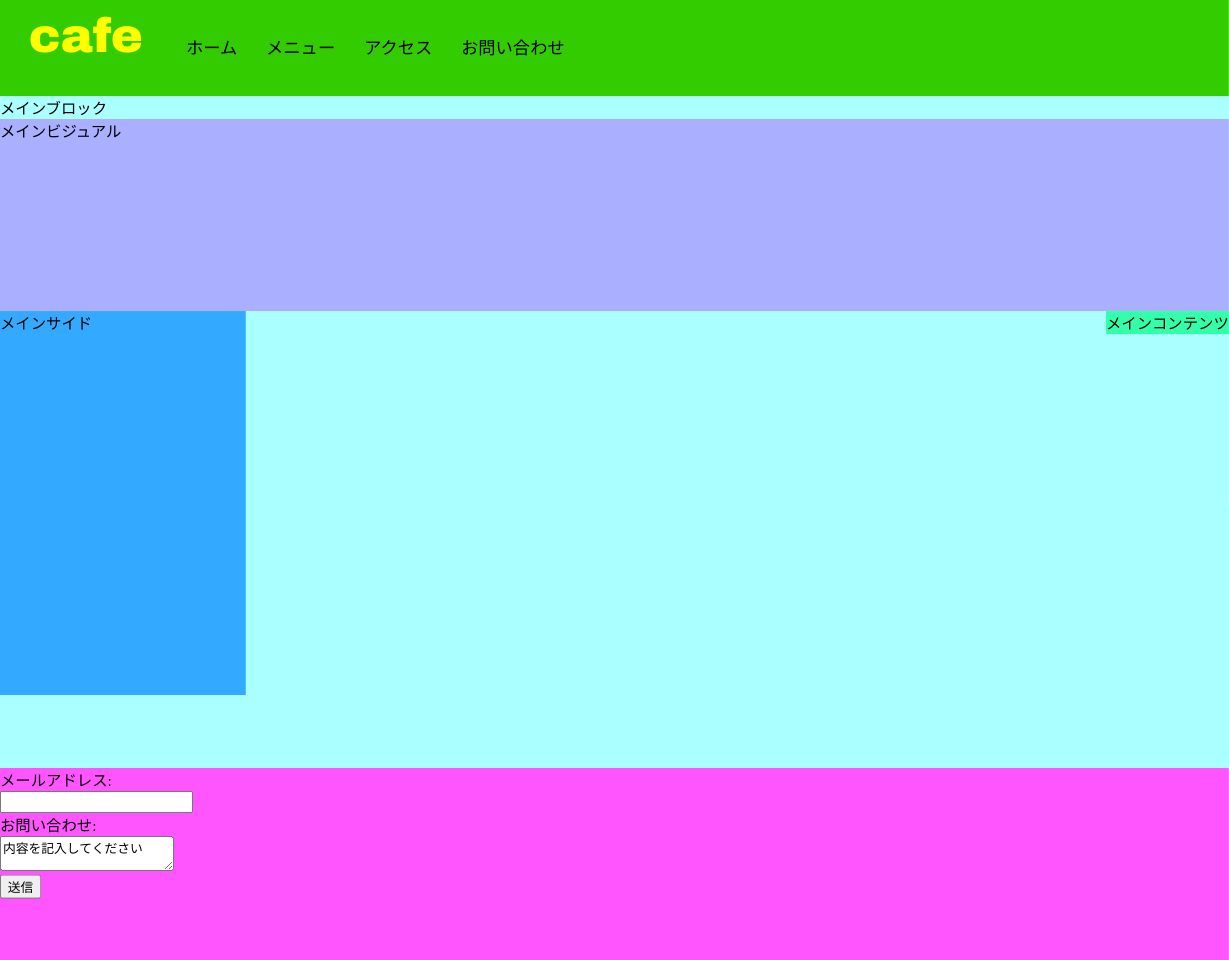
Repository: REO0315/samurai_HTML-CSS
Page: index.html
The author's editor kept a record of every edit. The page is drawn from the files as they stood at one moment, then again after the next edit.
The browser window is 1280 px wide. The pictures show the whole page, at 96% of full size.

Above is the page before.

After the next edit:
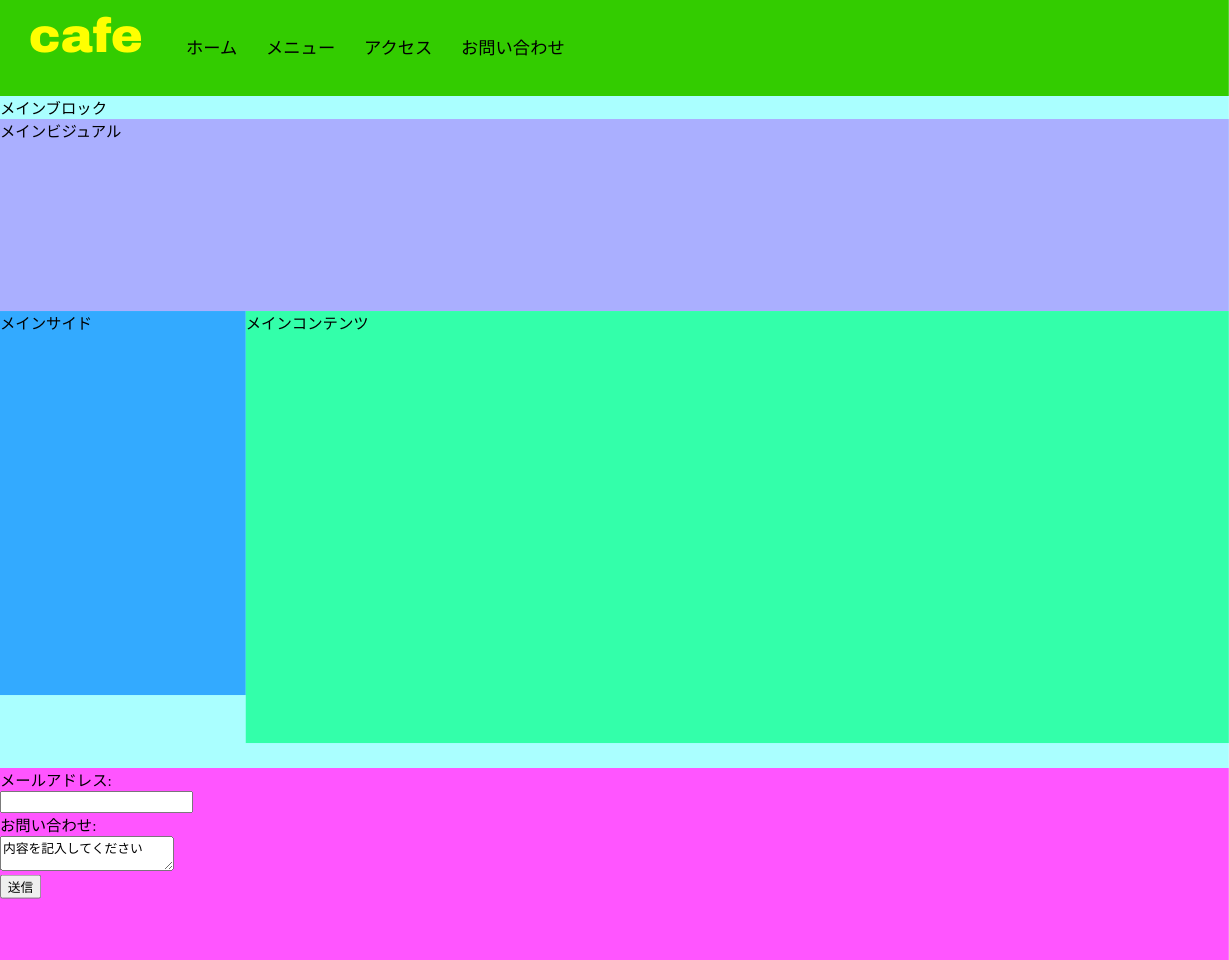
The edit:
--- a/style.css
+++ b/style.css
@@ -55,6 +55,8 @@
 .main_content{
     float:right;
     background-color:#33ffaa;
+    height:450px;
+    width:80%;
 }
 footer{
     height:200px;
